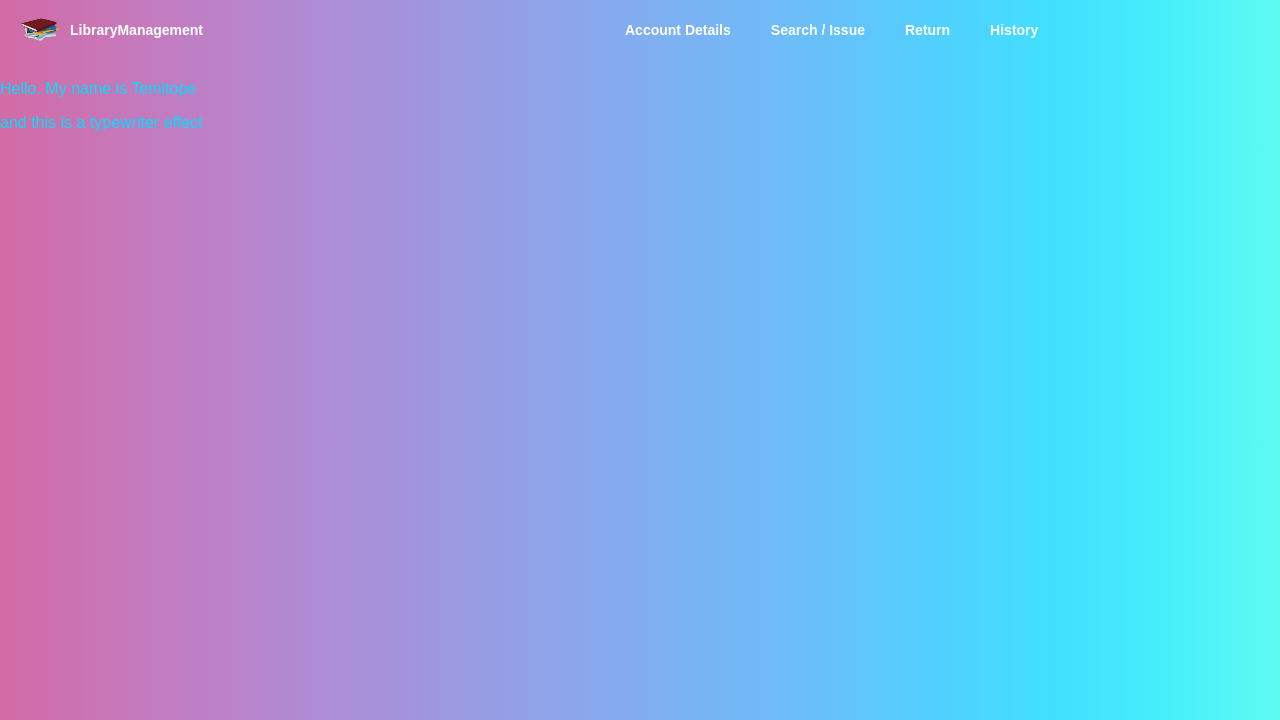
Repository: amitSai12/CMS
Page: http://localhost/LibraryManagementDemo/Menu2.jsp
The author's editor kept a copy of each file at every save. The page is drawn from the files as they stood at one save, then again after the next save.
The browser window is 1280 px wide. The pictures show the whole page.
The page is served by Tomcat 9.

Above is the page before, as saved 2023-10-01 22:38:01.

After the next save:
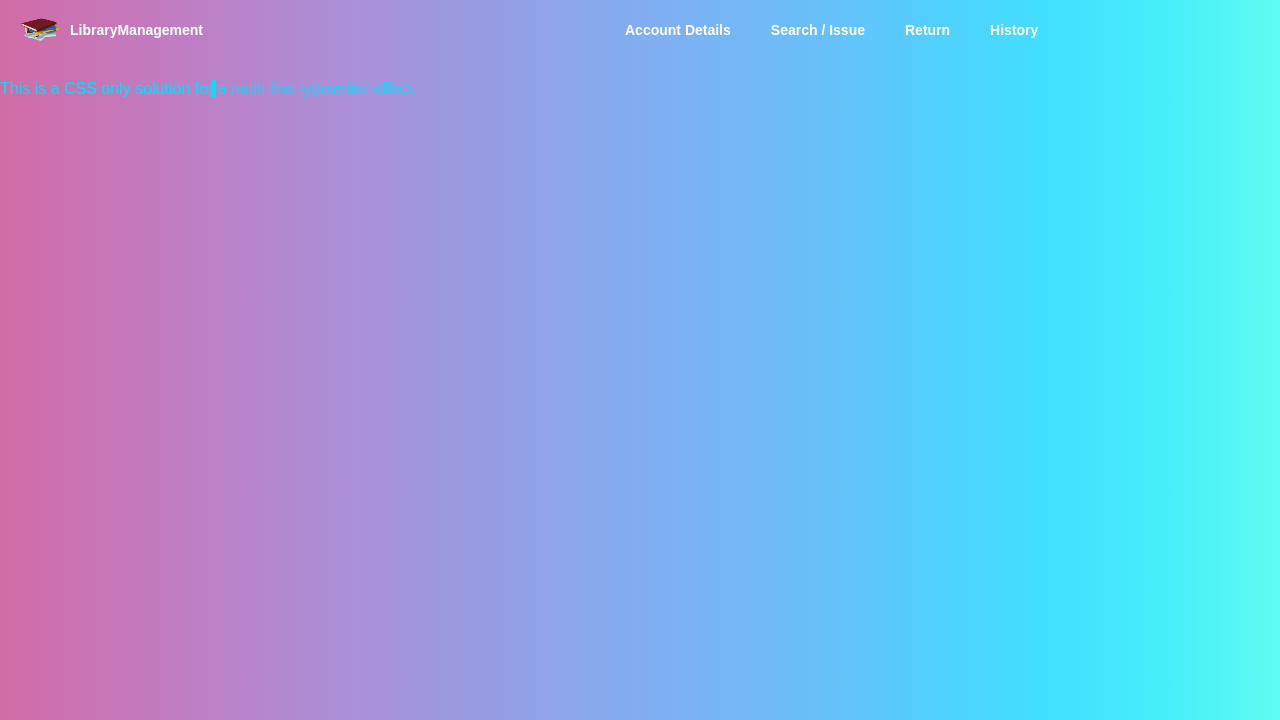
Saved 53 s later.
--- a/Day1_Thu/LibraryManagementDemo/src/main/webapp/Menu2.jsp
+++ b/Day1_Thu/LibraryManagementDemo/src/main/webapp/Menu2.jsp
@@ -30,8 +30,7 @@
 	</div>
 
   <div class="type">
-      <p class="first_line">Hello. My name is Temitope</p>
-      <p class="second_line">and this is a typewriter effect</p>
+      This is a <span class="type" style="--n:53">CSS only solution for a multi-line typewriter effect.</span>
     </div>
 
 
